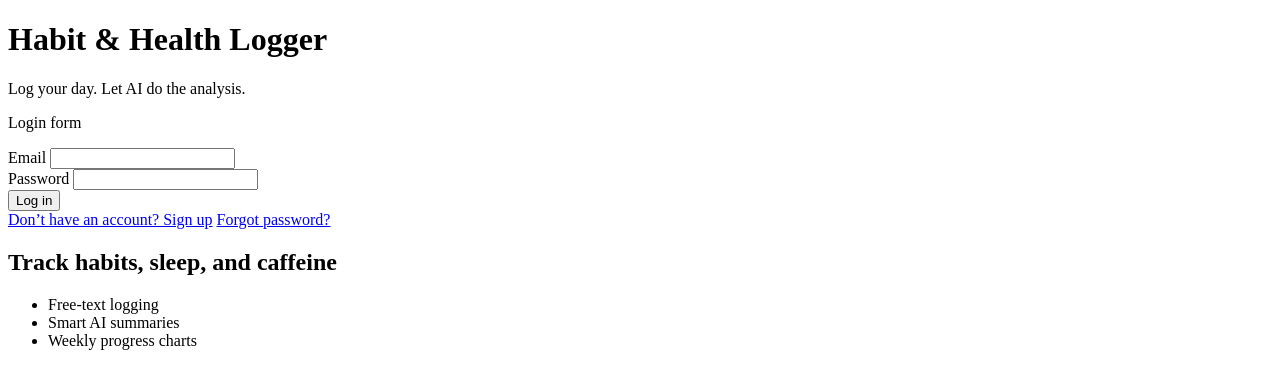
Repository: rawanwehbe6/habit-health-logger
Page: HHL-client/index.html
The author's editor kept a copy of each file at every save. The page is drawn from the files as they stood at one save, then again after the next save.
The browser window is 1280 px wide. The pictures show the whole page.

Above is the page before, as saved 2025-11-16 00:33:29.

After the next save:
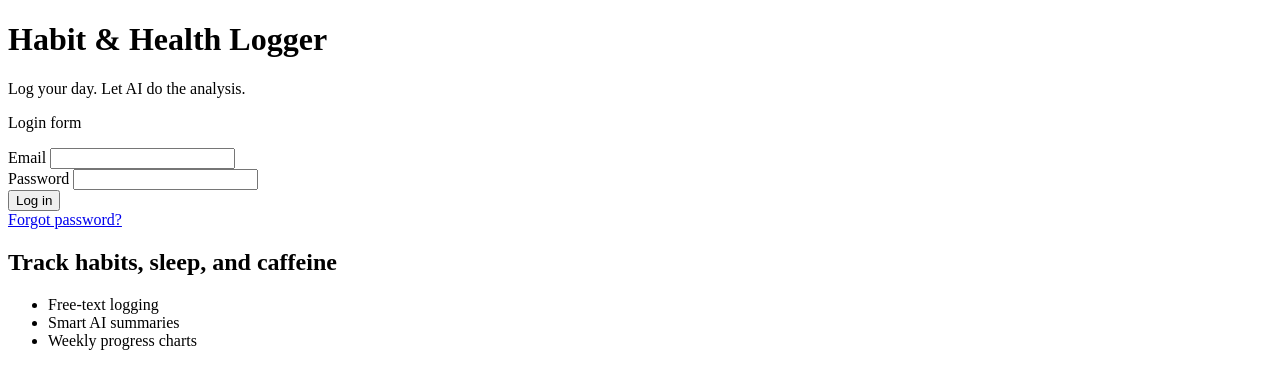
Saved 26 s later.
--- a/HHL-client/index.html
+++ b/HHL-client/index.html
@@ -39,7 +39,6 @@
         <button type="submit" class="btn-primary">Log in</button>
 
         <div class="auth-links">
-          <a href="#" class="auth-link">Don’t have an account? Sign up</a>
           <a href="#" class="auth-link">Forgot password?</a>
         </div>
       </form>
